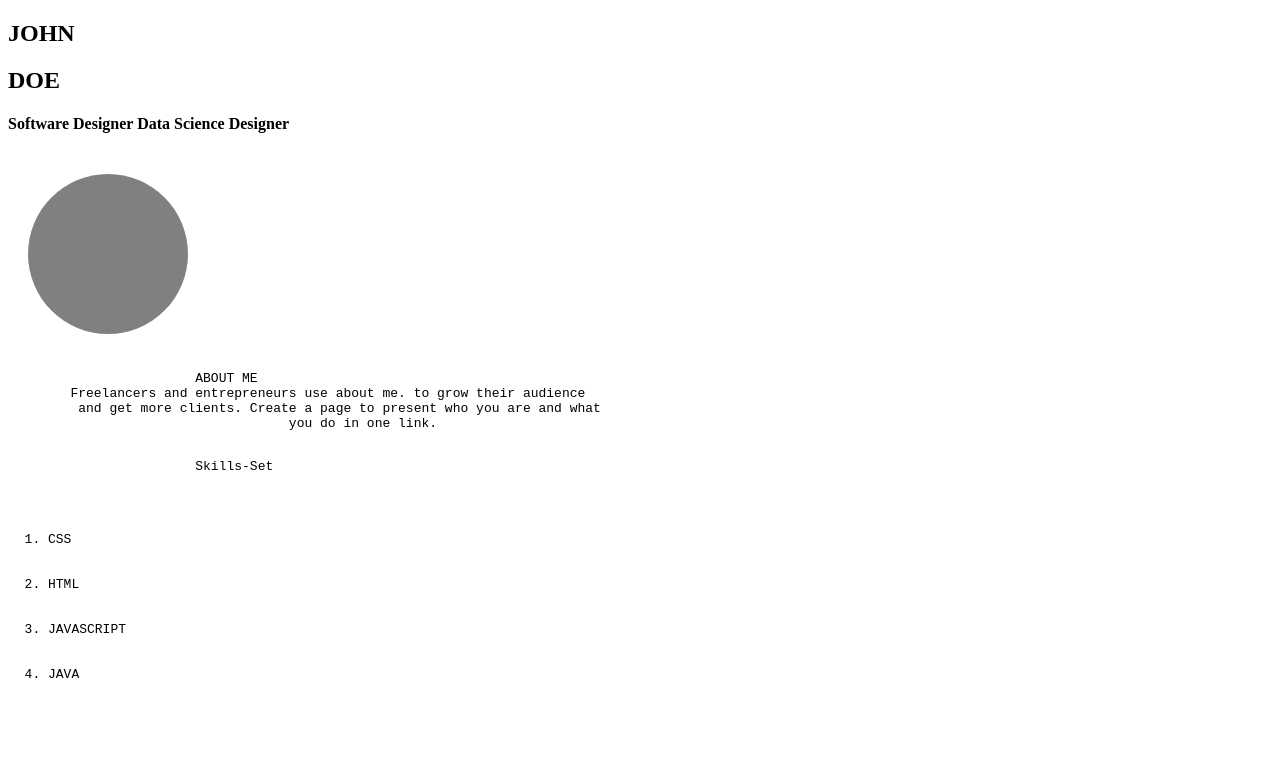
Repository: mrjayajay/week-1-code-challenges
Page: nasir/index.html
These files come from the project's save history. The page is drawn as it stood at one moment and after the next save; the edit follows.
The browser window is 1280 px wide. The pictures show the whole page.

Above is the page before, as saved 2024-03-07 19:39:31.

### nasir/index.html
<!DOCTYPE html>
<html lang="en">
<head>
    <meta charset="UTF-8">
    <meta name="viewport" content="width=device-width, initial-scale=1.0">
    <title>Assignment</title>
</head>
<body>
    <h2>JOHN</h2>
    <h2>DOE</h2>
    <h4>Software Designer     Data Science     Designer</h4>
    <svg width="200" height="200">
     <circle cx="100" cy="100" r="80" fill="grey" stroke="black" stroke-width="0"/></svg>

     <pre>
                        ABOUT ME
        Freelancers and entrepreneurs use about me. to grow their audience
         and get more clients. Create a page to present who you are and what
                                    you do in one link.
     </pre>
     <pre>
                        Skills-Set
     <ol>
        <li>CSS</li>
        <li>HTML</li>
        <li>JAVASCRIPT</li>
        <li>JAVA</li>
     </ol>
     </pre>
</body>
</html>

After the next save:
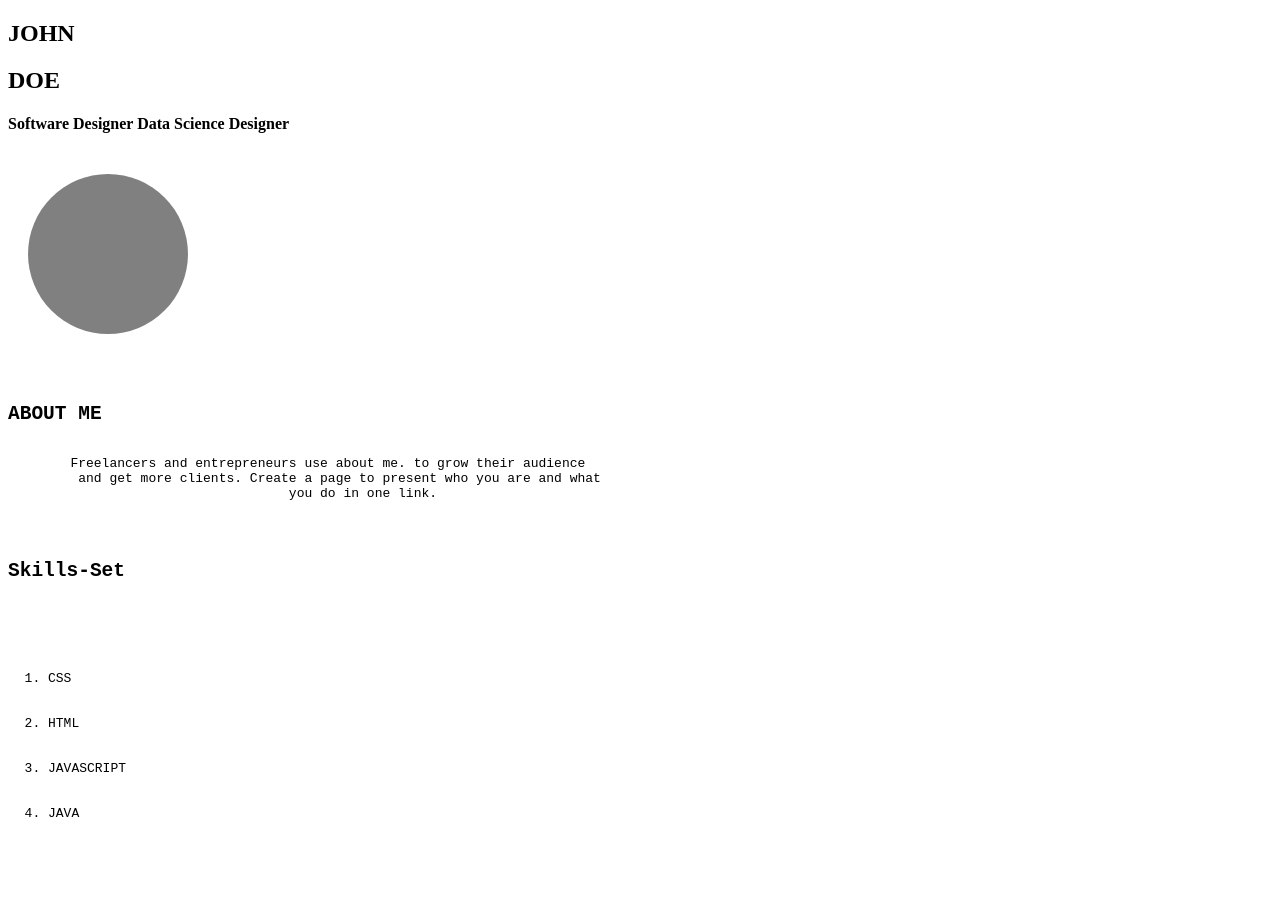
Saved 63 s later.
--- a/nasir/index.html
+++ b/nasir/index.html
@@ -13,13 +13,13 @@
      <circle cx="100" cy="100" r="80" fill="grey" stroke="black" stroke-width="0"/></svg>
 
      <pre>
-                        ABOUT ME
+                        <h2>ABOUT ME</h2>
         Freelancers and entrepreneurs use about me. to grow their audience
          and get more clients. Create a page to present who you are and what
                                     you do in one link.
      </pre>
      <pre>
-                        Skills-Set
+                        <h2>Skills-Set</h2>
      <ol>
         <li>CSS</li>
         <li>HTML</li>
